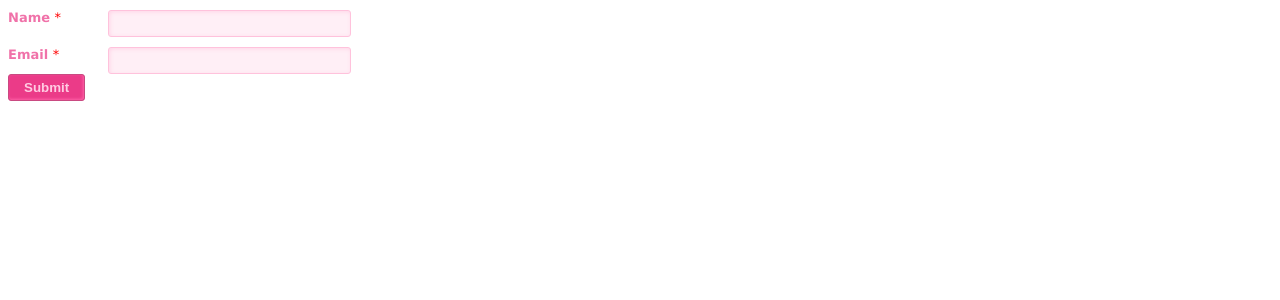
Repository: prm2711/javaapps
Page: http://localhost/ResponsiveApp/
An editor plug-in stored every save of this project. The page is shown before and after the next save, followed by the edit.
The browser window is 1280 px wide. The pictures show the whole page.
The page is served by Tomcat 9.

Above is the page before, as saved 2018-01-25 07:40:14.

After the next save:
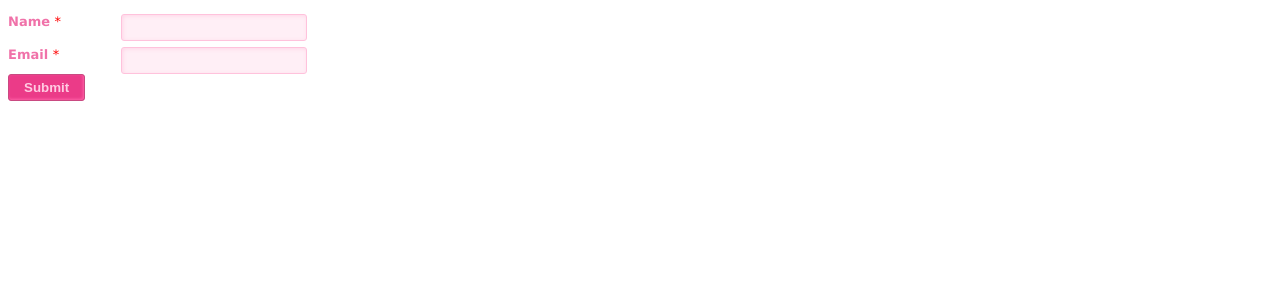
Saved 37 s later.
--- a/eclipse-workspace/ResponsiveApp/WebContent/style.css
+++ b/eclipse-workspace/ResponsiveApp/WebContent/style.css
@@ -89,3 +89,22 @@
     color:red;
     font-weight:normal;
 }
+
+.col-25 {
+    float: left;
+    width: 25%;
+    margin-top: 6px;
+}
+
+.col-75 {
+    float: left;
+    width: 75%;
+    margin-top: 6px;
+}
+
+/* Clear floats after the columns */
+.row:after {
+    content: "";
+    display: table;
+    clear: both;
+}
